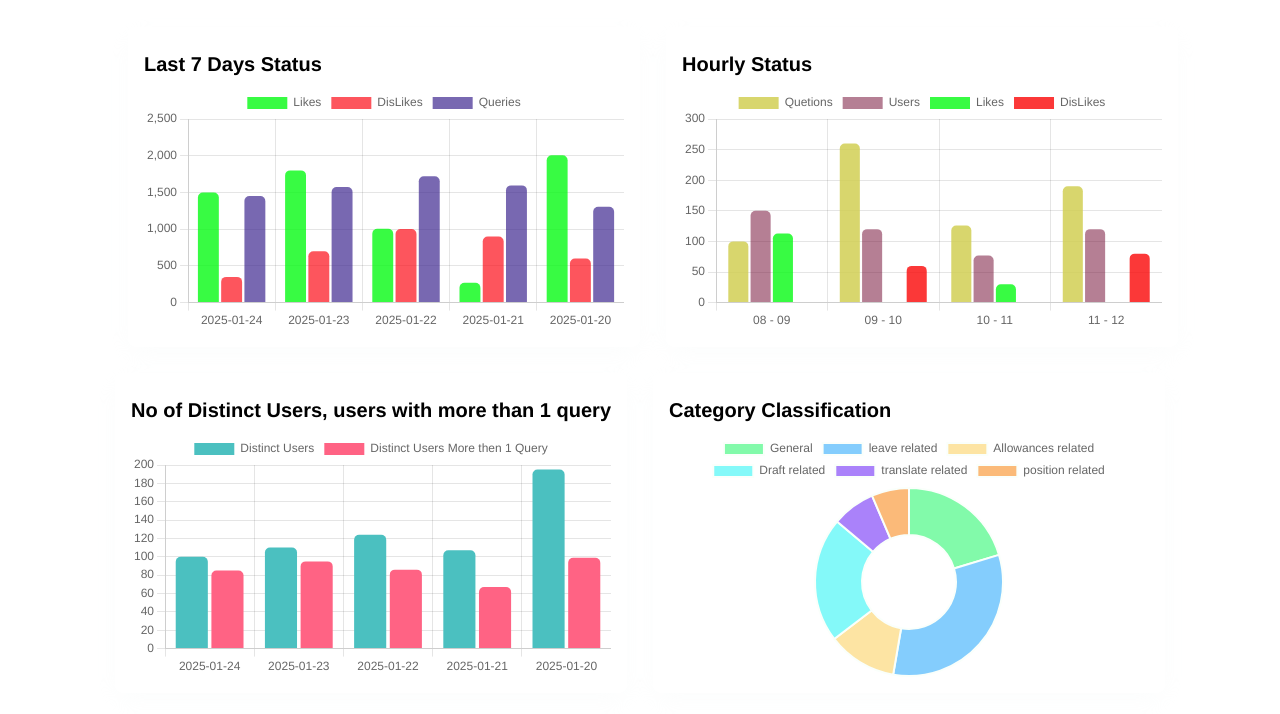
Repository: NAGARAJ-DEVELOPER/Dashboard
Page: /
The author's editor kept a copy of each file at every save. The page is drawn from the files as they stood at one save, then again after the next save.
The browser window is 1280 px wide. The pictures show the whole page.
The project was rebuilt for these pictures with package versions that can differ from the ones it lists, and the page was loaded fresh each time. Also part of the build but not shown: vite.config.js.

Above is the page before, as saved 2025-02-12 00:11:57.

### src/App.jsx
import React from "react";
import { Chart as ChartJS, defaults } from "chart.js/auto";
import { Bar, Doughnut, Line, Pie } from "react-chartjs-2";

import "./App.css";


import sourceData from "./data/sourceData.json";
import Week from "./data/7days.json";
import toady from "./data/Today.json";
import user from "./data/Users.json";
import category from "./data/Category.json";

defaults.maintainAspectRatio = false;
defaults.responsive = true;

defaults.plugins.title.display = true;
defaults.plugins.title.align = "start";
defaults.plugins.title.font.size = 20;
defaults.plugins.title.color = "black";

export const App = () => {


  return (

    <div className="App">
     <br/>
    <br/>
    <br/>
        <div className="dataCard categoryCard">
        <Bar
          data={{
            labels: Week.map((data) => data.DATE1),
            datasets: [
              {
                label: "Likes",
                data: Week.map((data) => data.number_of_likes),
                backgroundColor: [
             "rgba(7, 250, 20, 0.8)",
                ],
                borderRadius: 5,
              },
              {
                label: "DisLikes",
                data: Week.map((data) => data.number_of_dislikes),
                backgroundColor: [

                  "rgba(252, 13, 25, 0.7)",

                ],
                borderRadius: 5,
              },
              {
                label: "Queries",
                data: Week.map((data) => data.number_of_ques),
                backgroundColor: [
                  "rgba(63, 40, 145, 0.7)",
                ],
                borderRadius: 5,
              },
            ],
          }}
          options={{
            plugins: {
              title: {
                text: "Last 7 Days Status",
              },
            },
          }}
        />
      </div>


      <div className="dataCard categoryCard">
        <Bar
          data={{
            labels: toady.map((data) => data.B_TIME),
            datasets: [
              {
                label: "Quetions",
                data: toady.map((data) => data.C_Questions),
                backgroundColor: [
                  "rgba(209, 207, 82, 0.84)",
                ],
                borderRadius: 5,
              },
              {
                label: "Users",
                data: toady.map((data) => data.D_Users),
                backgroundColor: [

                  "rgba(116, 14, 53, 0.53)",

                ],
                borderRadius: 5,
              },
              {
                label: "Likes",
                data: toady.map((data) => data.F_Likes),
                backgroundColor: [
                  "rgba(7, 250, 20, 0.8)",
                ],
                borderRadius: 5,
              },
              {
                label: "DisLikes",
                data: toady.map((data) => data.Dis_Likes),
                backgroundColor: [
                  "rgba(250, 7, 7, 0.8)",
                ],
                borderRadius: 5,
              },
            ],
          }}
          options={{
            plugins: {
              title: {
                text: "Hourly Status",
              },
            },
          }}
        />
      </div>
      <div className="dataCard categoryCard">
        <Bar
          data={{
            labels: user.map((data) => data.DATE1),
            datasets: [
              {
                label: "Distinct Users",
                data: user.map((data) => data.number_of_distinct_users),
                backgroundColor: 'rgb(75, 192, 192)',
                borderRadius: 5,
              },
              {
                label: "Distinct Users More then 1 Query",
                data: user.map((data) => data.Distinct_Users_more_1query),
                backgroundColor: 'rgb(255, 99, 132)',
                borderRadius: 5,
              },
            ],
          }}
          options={{
            plugins: {
              title: {
                text: "No of Distinct Users, users with more than 1 query",
              },
            },
          }}
        />
      </div>


      <div className="dataCard categoryCard">
        <Doughnut
          data={{
            labels: category.map((data) => data.category),
            datasets: [
              {
                label: "Count",
                data: category.map((data) => data.COUNT_CAT),
                backgroundColor: [
                  'rgba(7, 245, 86, 0.5)',
        'rgba(10, 155, 252, 0.5)',
        'rgba(252, 201, 72, 0.5)',
        'rgba(10, 243, 243, 0.5)',
        'rgba(86, 6, 245, 0.5)',
        'rgba(247, 129, 11, 0.55)',
                ],
                borderColor: [
                  'rgb(250, 255, 251)',
                  'rgb(250, 255, 251)',
                  'rgb(250, 255, 251)',
                  'rgb(250, 255, 251)',
                  'rgb(250, 255, 251)',
                  'rgb(250, 255, 251)',
                ],animation :Doughnut,
              },
            ],
          }}
          options={{
            plugins: {
              title: {
                text: "Category Classification",
              },
            },
          }}
        />
      </div>
    </div>
  );
};

### src/App.css
.App {
  height: 100vh;
  width: 100%;
  display: flex;
  flex-direction: row;
  align-items: center;
  justify-content: center;
  align-content: center;
  gap: 2vw;
  flex-wrap: wrap;
  background-color: #ffffff;
}

.dataCard {
  background-color: #ffffff;
  border-radius: 0.5em;
  box-shadow: rgba(242, 243, 245, 0.2) 0px 8px 24px;
  padding: 1em;
}

.revenueCard {
  width: 92%;
  height: 20rem;
}

.customerCard {
  width: 40%;
  height: 20rem;
}

.categoryCard {
  width: 40%;
  height: 20rem;
}

### src/data/sourceData.json
[
  {
    "label": "Queries",
    "value": 327787
  },
  {
    "label": "Likes",
    "value": 45877
  },
  {
    "label": "Dislikes",
    "value": 238787
  }
]

### src/data/7days.json
[
    {  "DATE1": "2025-01-24", "number_of_dislikes": 350, "number_of_likes": 1500,  "number_of_ques": 1452 },
    {  "DATE1": "2025-01-23", "number_of_dislikes": 700, "number_of_likes": 1800,  "number_of_ques": 1574 },
    {  "DATE1": "2025-01-22", "number_of_dislikes": 1003, "number_of_likes": 1005,  "number_of_ques": 1720 },
    {  "DATE1": "2025-01-21", "number_of_dislikes": 900, "number_of_likes": 270,  "number_of_ques": 1596 },
    {  "DATE1": "2025-01-20", "number_of_dislikes": 600, "number_of_likes": 2005,  "number_of_ques": 1304 }
  ]

### src/data/Today.json
[
  { "A_DATE": "2025-01-27", "B_TIME": "08 - 09", "C_Questions": 100, "D_Users": 150 ,"F_Likes": 113},
  { "A_DATE": "2025-01-27",  "B_TIME": "09 - 10", "C_Questions": 260, "D_Users": 120,"Dis_Likes":60},
  { "A_DATE": "2025-01-27", "B_TIME": "10 - 11", "C_Questions": 126, "D_Users": 77, "F_Likes": 30 },
  { "A_DATE": "2025-01-27", "B_TIME": "11 - 12", "C_Questions": 190, "D_Users": 120,"Dis_Likes":80 }
]

### src/data/Users.json
[
  {  "DATE1": "2025-01-24", "number_of_distinct_users": 100, "Distinct_Users_more_1query": 85 },
  {  "DATE1": "2025-01-23", "number_of_distinct_users": 110, "Distinct_Users_more_1query": 95 },
  {  "DATE1": "2025-01-22", "number_of_distinct_users": 124, "Distinct_Users_more_1query": 86  },
  {  "DATE1": "2025-01-21", "number_of_distinct_users": 107, "Distinct_Users_more_1query": 67  },
  {  "DATE1": "2025-01-20", "number_of_distinct_users": 195, "Distinct_Users_more_1query": 99  }
]

### src/data/Category.json
[
  { "category": "General", "COUNT_CAT": 2434 },
  { "category": "leave related", "COUNT_CAT": 3870 },
  { "category": "Allowances related", "COUNT_CAT": 1430 },
  { "category": "Draft related", "COUNT_CAT": 2569 },
  { "category": "translate related", "COUNT_CAT": 891 },
  { "category": "position related", "COUNT_CAT": 770 }
]

Loaded but not shown: index.html (common file); src/main.jsx (common file); src/index.css (common file)

After the next save:
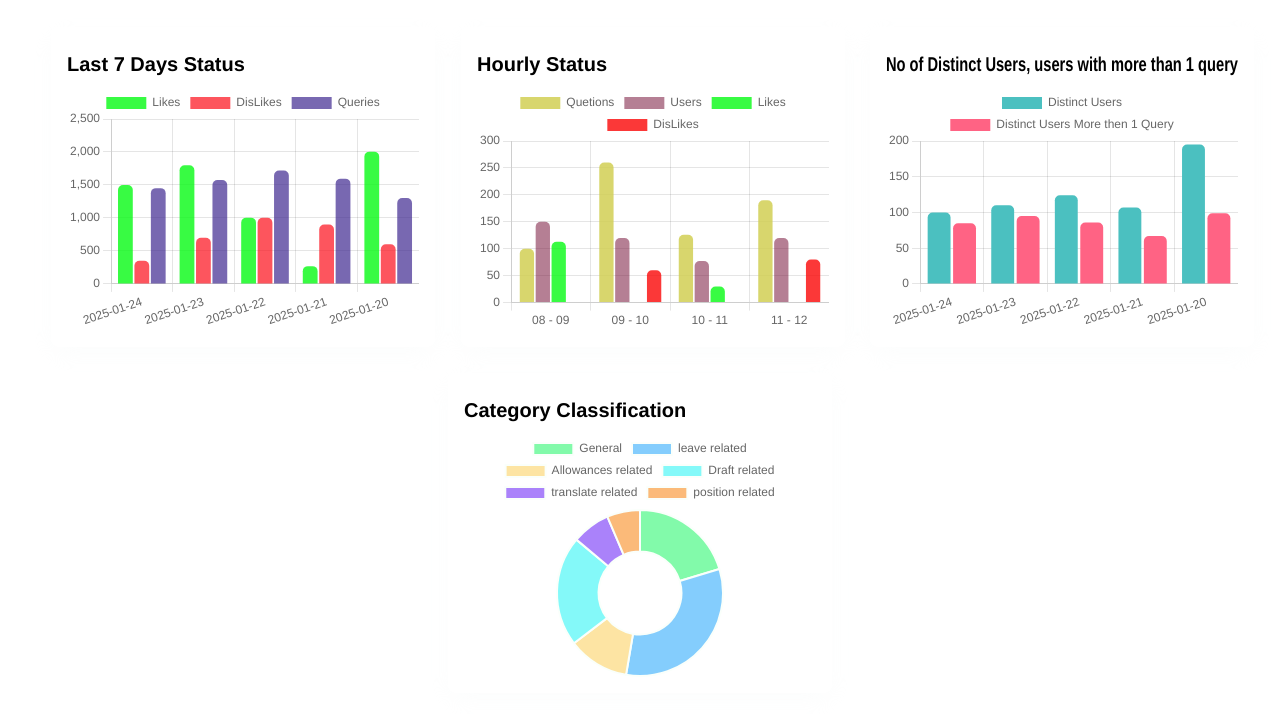
Saved 10 s later.
--- a/src/App.css
+++ b/src/App.css
@@ -24,11 +24,11 @@
 }
 
 .customerCard {
-  width: 40%;
+  width: 50%;
   height: 20rem;
 }
 
 .categoryCard {
-  width: 40%;
+  width: 30%;
   height: 20rem;
 }
